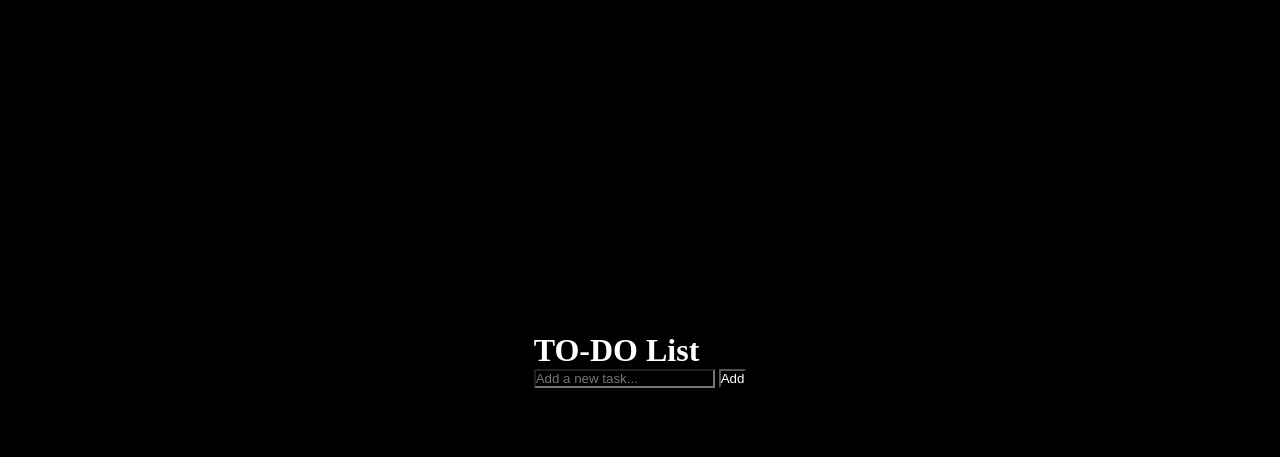
Repository: ksusmitha879-cyber/todo-list
Page: index.html
These files come from the project's save history. The page is drawn as it stood at one moment and after the next save; the edit follows.
The browser window is 1280 px wide. The pictures show the whole page.

Above is the page before, as saved 2025-11-28 02:24:44.

### index.html
<!DOCTYPE html>
<html lang="en">
<head>
    <meta charset="UTF-8">
    <meta name="viewport" content="width=device-width, initial-scale=1.0">
    <title>TO-DO List</title>
    <link rel="stylesheet" href="style.css">
</head>
<body>
    <div class="container">
        <h1>TO-DO List</h1>
        <div class="input-container">
            <input type="text" id="todo-input" placeholder="Add a new task..."/>
            <button>Add</button>
        </div>
    </div>
</body>
</html>

### style.css
*{
    margin: 0;
    padding: 0;
    background-color: black;
    color: white;
}

html, body{
    height: 100%;
    display: grid;
    place-items: center;
}
.container{
    padding: 30px;
    background-color: black;
}

After the next save:
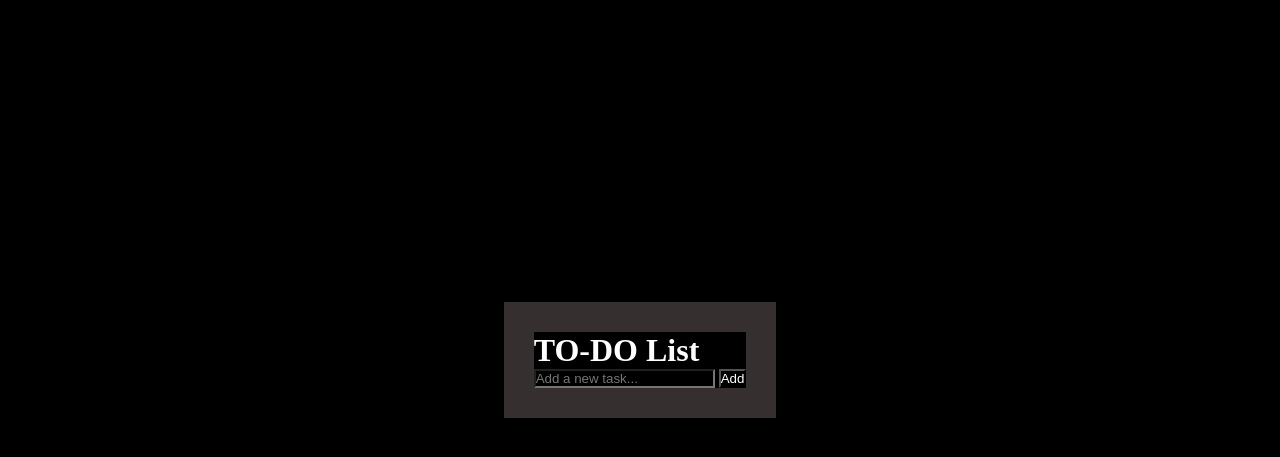
Saved 20 s later.
--- a/style.css
+++ b/style.css
@@ -12,5 +12,5 @@
 }
 .container{
     padding: 30px;
-    background-color: black;
+    background-color: rgb(54, 47, 47);
 }
